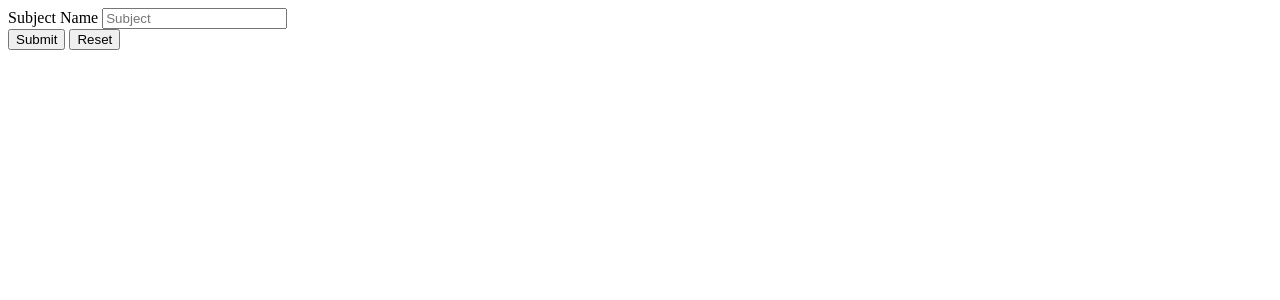
Repository: shubhamsingh331/Learners_Academy
Page: http://localhost/LearnersAcademy/Subjects/SubEdit.jsp
The author's editor kept a copy of each file at every save. The page is drawn from the files as they stood at one save, then again after the next save.
The browser window is 1280 px wide. The pictures show the whole page.
The page is served by Tomcat 9. Other server files are loaded and not shown. Queries for data that is not in the repository find no rows.

Above is the page before, as saved 2023-10-08 10:24:23.

### LearnersAcademy/src/main/webapp/Subjects/SubEdit.jsp
<%@ page language="java" contentType="text/html; charset=ISO-8859-1"
    pageEncoding="ISO-8859-1"%>
<!DOCTYPE html>
<html>
<head>
<meta charset="ISO-8859-1">
<title>Insert title here</title>
</head>
<body>
<form action="EditController.jsp" method="post">
<input type="hidden" name="id" value="<%=request.getParameter("id") %>">
Subject Name <input type="text" placeholder="Subject" name="subname"><br>
<input type="submit" value="Submit">
<input type="reset" value="Reset">

</form>
</body>
</html>

### LearnersAcademy/src/main/webapp/Subjects/Subdisplay.jsp
<%@page import="subjects.SubjectsDAO"%>
<%@page import="subjects.SubjectsPojo" %>
<%@page import="java.util.*" %>
<%@ page language="java" contentType="text/html; charset=ISO-8859-1"
    pageEncoding="ISO-8859-1"%>
<!DOCTYPE html>
<html>
<head>
<meta charset="ISO-8859-1">
<title>Insert title here</title>
</head>
<body>
<h3><i>Subject Details</i></h3>
<table border="1">
<tr><th>Id</th><th>Subjects Name</th><th>Edit</th><th>Delete</th></tr>
<%
SubjectsDAO dao = new SubjectsDAO();
List<SubjectsPojo> list = dao.display();
for(SubjectsPojo s:list){%>
	<tr><td><%=s.getSubid() %></td><td><%=s.getSubname()%></td><td><a href=SubEdit.jsp?id=<%=s.getSubid()%>>Edit</a></td><td><a href=SubDelete.jsp?id=<%=s.getSubid()%>>Delete</a></td></tr>
	<%} %>
</table>
</body>
</html>

### LearnersAcademy/src/main/java/teachers/SubjectsDAO.java
package subjects;

import java.sql.Connection;
import java.sql.PreparedStatement;
import java.sql.ResultSet;
import java.sql.SQLException;
import java.util.ArrayList;
import java.util.List;

import DBUtil.DbUtil;

public class SubjectsDAO {
	public int insert(SubjectsPojo subject) throws ClassNotFoundException, SQLException {
		Connection con = DbUtil.dbcon();
		String sql = "insert into subjects values(?,?)";
		PreparedStatement ps = con.prepareStatement(sql);
		ps.setInt(1, subject.getSubid());
		ps.setString(2, subject.getSubname());
		return ps.executeUpdate();
	}

	public int update(SubjectsPojo subject) throws ClassNotFoundException, SQLException {
		Connection con = DbUtil.dbcon();
		String sql = "update subjects set subname = ? where id = ?";
		PreparedStatement ps = con.prepareStatement(sql);
		ps.setInt(2, subject.getSubid());
		ps.setString(1, subject.getSubname());
		return ps.executeUpdate();
	}

	public int delete(SubjectsPojo subject) throws ClassNotFoundException, SQLException {
		Connection con = DbUtil.dbcon();
		String sql = "delete from subjects where id = ?";
		PreparedStatement ps = con.prepareStatement(sql);
		ps.setInt(1, subject.getSubid());
		return ps.executeUpdate();
	}

	public List<SubjectsPojo> display() throws ClassNotFoundException, SQLException{
		Connection con = DbUtil.dbcon();

		List<SubjectsPojo> list = new ArrayList<SubjectsPojo>();
		String sql = "select * from subjects";
		PreparedStatement ps = con.prepareStatement(sql);
		ResultSet rs = ps.executeQuery();
		while(rs.next()) {
			SubjectsPojo subject = new SubjectsPojo();
			subject.setSubid(rs.getInt(1));
			subject.setSubname(rs.getString(2));
			list.add(subject);

		}
		return list;
	}

}

### LearnersAcademy/src/main/java/DBUtil/DbUtil.java
package DBUtil;

import java.sql.Connection;
import java.sql.DriverManager;
import java.sql.SQLException;

public class DbUtil {
	public static final String DRIVER_CLASS="com.mysql.jdbc.Driver";
	public static final String DB_URL="jdbc:mysql://localhost:3306/StudentManagement";
	public static final String USERNAME = "root";
	public static final String PASSWORD = "123456";
	public static Connection dbcon() throws ClassNotFoundException, SQLException {
		Class.forName(DRIVER_CLASS);

		Connection con = DriverManager.getConnection(DB_URL, USERNAME, PASSWORD);

		return con;

}

}

After the next save:
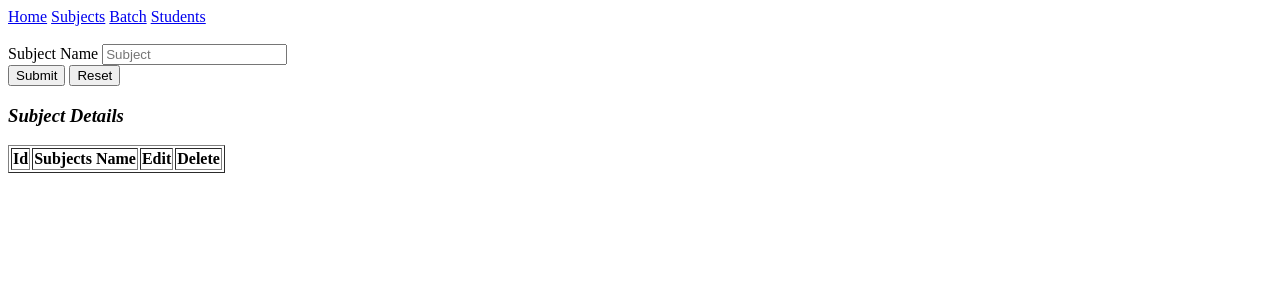
Saved 77 s later.
--- a/LearnersAcademy/src/main/webapp/Subjects/SubEdit.jsp
+++ b/LearnersAcademy/src/main/webapp/Subjects/SubEdit.jsp
@@ -7,6 +7,13 @@
 <title>Insert title here</title>
 </head>
 <body>
+<div class="topnav">
+  <a class="active" href="#home">Home</a>
+  <a href="Subject.jsp">Subjects</a>
+  <a href="#contact">Batch</a>
+  <a href="#about">Students</a>
+</div>
+<br>
 <form action="EditController.jsp" method="post">
 <input type="hidden" name="id" value="<%=request.getParameter("id") %>">
 Subject Name <input type="text" placeholder="Subject" name="subname"><br>
@@ -14,5 +21,6 @@ Subject Name <input type="text" placeholder="Subject" name="subname"><br>
 <input type="reset" value="Reset">
 
 </form>
+<%@include file="Subdisplay.jsp" %>
 </body>
 </html>
